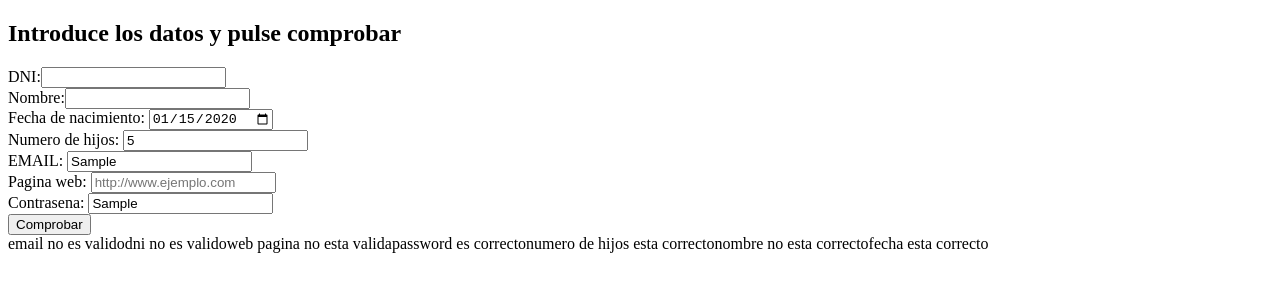
Repository: KoTvTrysaX01/2DAW-Desarrollo-WEB-en-Entorno-Cliente
Page: JAVASCRIPT/UD2/practica5/Actividad1/index.html
An editor plug-in stored every save of this project. The page is shown before and after a run of saves, followed by the edit.
The browser window is 1280 px wide. The pictures show the whole page.
Empty fields were first filled with sample values (such as "Sample", 5 or name@example.com).
After loading, the first visible `#registartionForm` was submitted once.

Above is the page before, as saved 2025-11-01 16:41:03.

### JAVASCRIPT/UD2/practica5/Actividad1/index.html
<!DOCTYPE html>
<html>
  <body>
    <h2>Introduce los datos y pulse comprobar</h2>
    <form id = "registartionForm" name="form1" method="post" action="" target=" _blank">
        DNI:<input id="dni" type="text" name="dni" ><br>
        Nombre:<input id="nombre" type="text" name="nombre" ><br>
        Fecha de nacimiento: <input id="fecha" type="date" name="fecha" ><br>
        Numero de hijos: <input type="number" name="hijos" id = "hijos" ><br>
        EMAIL: <input id = "email" type="text" name="email" ><br>
        Pagina web: <input type="url" name="web" id = "pagina" placeholder="http://www.ejemplo.com" required><br>
        Contrasena: <input type="text" name="contrasena" id = "password" ><br>
        <input type="submit" value = "Comprobar">
    </form>


    <div id="errorMessages"></div>
    <script src="script.js"></script>
  </body>
</html>

### JAVASCRIPT/UD2/practica5/Actividad1/script.js
let form = document.getElementById("registartionForm");
let emailInput = document.getElementById("email");
let error = document.getElementById("errorMessages");
let dni = document.getElementById("dni")
let passw = document.getElementById("password")
let web = document.getElementById("pagina")
let hijos = document.getElementById("hijos")
let nombreInput = document.getElementById("nombre")
let fecha = document.getElementById("fecha")
form.addEventListener("submit", (e) => {
  e.preventDefault();
  const emailForm = emailInput.value.trim();
  const password = passw.value.trim()
  function validEmail(emailForm) {
    return /^[a-z]*[@]{1}[a-z]*[\.]{1}[a-z]{2,3}$/g.test(emailForm);

  }
    function esValido(emailForm) {
      if (validEmail(emailForm)) {
        error.innerHTML = "email  e valido";
      } else {
        error.innerHTML = "email no es valido";
      }
    }
    esValido(emailForm);

    function validarDni(dni) {
      return /^[XYZ]?\d{5,8}[TRWAGMYFPDXBNJZSQVHLCKET]$/.test(dni)
    }
    function esValidoDni(dni) {
      if (validarDni(dni)) {
        error.innerHTML += "dni es valido"
      } else {
        error.innerHTML += "dni no es valido"
        dni.value = ""
      }
    }
    esValidoDni(dni)

    function validWeb(url) {
          return /^https?:\/\/(?:www\.)?[a-zA-Z0-9\-]+\.[a-zA-Z]{2,}(?:\/.*)?$/.test(url);
        }
    function esValidoWeb() {
      const urlvalid = web.v
      if(validWeb(web)) {
        error.innerHTML +="web pagina esta valida"
      } else {
        error.innerHTML += "web pagina no esta valida"
        web.value = " "

      }
    }
    esValidoWeb(web.value)

     function validarContrasena(passwor) {
      var p = passwor.length
      if(p >2 && p < 12) {
        error.innerHTML += "password es correcto"
      } else {
         error.innerHTML += "password  no es correcto"
         passw.value = ""
      }
     }
     validarContrasena(password)

     function validHijos(hijos) {
      if(hijos.value.length >=0 || hijos.value.length <= 10) {
         error.innerHTML += "numero de hijos esta correcto"
      } else {
         error.innerHTML += "numero de hijos no esta correcto"
         hijos.value = ""
      }
     }
     validHijos(hijos)
    const nom = nombreInput.value.trim()
     function validNombre(nombres) {
      return /^[a-zA-ZáéíóúÁÉÍÓÚñÑ]{2,40}( [a-zA-ZáéíóúÁÉÍÓÚñÑ]{2,40}){1,3}$/.test(nombres)
     }
     function isvalidNombre(nombres){
      if(validNombre(nombres)) {
         error.innerHTML += "nombre esta correcto"
      } else {
         error.innerHTML += "nombre no esta correcto"
         nombreInput.value = ""
      }
      }
     isvalidNombre(nom)

     const fechaValor = fecha.value.trim();

     function validFecha(fecha) {
          return /^(19|20)\d{2}-(0[1-9]|1[0-2])-(0[1-9]|[12]\d|3[01])$/.test(fecha)
     }
     function esValidFecha(fecha) {
      if (validFecha(fecha)) {
         error.innerHTML += "fecha esta correcto"
      } else {
         error.innerHTML += "fecha no esta correcto"
         fecha.value= ""
      }
     }
     console.log(fechaValor)

     esValidFecha(fechaValor)


});

After the next 4 saves:
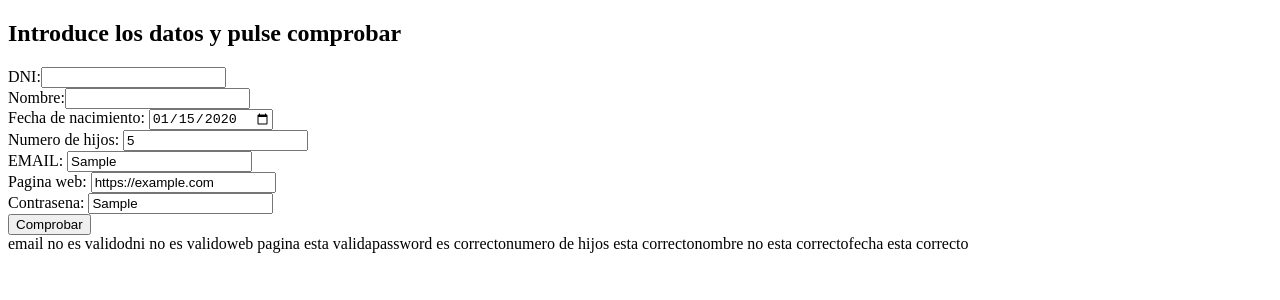
The 4 saves are shown as one change because they came seconds apart.
The last was saved 11 s later.
--- a/JAVASCRIPT/UD2/practica5/Actividad1/script.js
+++ b/JAVASCRIPT/UD2/practica5/Actividad1/script.js
@@ -41,8 +41,8 @@ form.addEventListener("submit", (e) => {
           return /^https?:\/\/(?:www\.)?[a-zA-Z0-9\-]+\.[a-zA-Z]{2,}(?:\/.*)?$/.test(url);
         }
     function esValidoWeb() {
-      const urlvalid = web.v
-      if(validWeb(web)) {
+      const urlvalid = web.value.trim()
+      if(validWeb(urlvalid)) {
         error.innerHTML +="web pagina esta valida"
       } else {
         error.innerHTML += "web pagina no esta valida"
